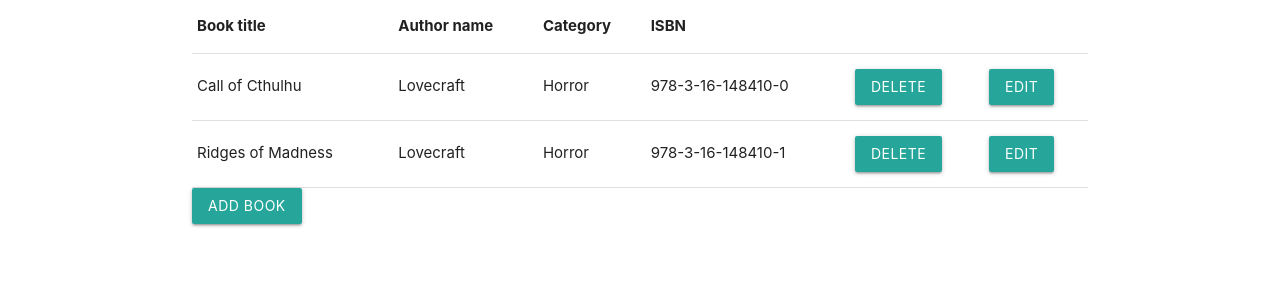
Repository: AlexanderBil/bookShalf
Page: /
These files come from the project's save history. The page is drawn as it stood at one moment and after a run of saves; the edit follows.
The browser window is 1280 px wide. The pictures show the whole page.
The project was rebuilt for these pictures with package versions that can differ from the ones it lists, and the page was loaded fresh each time. Also part of the build but not shown: src/components/AddBook.js, src/components/Edit.js, src/components/Modal.css.

Above is the page before, as saved 2021-06-27 20:21:09.

### public/index.html
<!DOCTYPE html>
<html lang="en">
  <head>
    <meta charset="utf-8" />
    <link rel="icon" href="%PUBLIC_URL%/favicon.ico" />
    <meta name="viewport" content="width=device-width, initial-scale=1" />
    <meta name="theme-color" content="#000000" />
    <meta
      name="description"
      content="Web site created using create-react-app"
    />
    <link rel="apple-touch-icon" href="%PUBLIC_URL%/logo192.png" />

    <link rel="manifest" href="%PUBLIC_URL%/manifest.json" />
    <link rel="stylesheet" href="https://cdnjs.cloudflare.com/ajax/libs/materialize/1.0.0/css/materialize.min.css">


    <title>React Book App</title>
  </head>
  <body>
    <noscript>You need to enable JavaScript to run this app.</noscript>
    <div id="root"></div>

  </body>
</html>

### src/index.css
body {
  margin: 0;
  font-family: -apple-system, BlinkMacSystemFont, 'Segoe UI', 'Roboto', 'Oxygen',
    'Ubuntu', 'Cantarell', 'Fira Sans', 'Droid Sans', 'Helvetica Neue',
    sans-serif;
  -webkit-font-smoothing: antialiased;
  -moz-osx-font-smoothing: grayscale;
}

/* .edit, .delete{
  margin: 15px 5px;
  display: table-cell;
  text-align: left;
  vertical-align: middle;
} */

### src/App.js
import {BrowserRouter as Router, Route, Switch, useHistory} from 'react-router-dom';
import {useState, useEffect} from 'react';

import {ListBook} from './components/ListBook';
import {AddBook} from './components/AddBook';
import {Edit} from './components/Edit'
import {Modal} from "./components/Modal"


function App() {
  const [books, setBooks] = useState([]);        // для компонента ListBook
  const [booksEdit, setBooksEdit] = useState({}) // для компонента Edit
  const [modal, setModal] = useState(false);

  const [dataform, setDataform] = useState({     // дял компонента AddBook
    name: '',
    author: '',
    category: '',
    isbn: '',
    id: 0,
  })

//заносим данні в books
useEffect(() => {
  fetch('./db.json')
  .then(data => data.json())
  .then(data => setBooks(data))
}, []);


// функція що заносить в стейт dataform, данні з форми компонента AddBook
const handleSubmit = (e) => {
  setDataform({...dataform, [e.target.name]: e.target.value})
}

// функція що заносить в стейт editForm, данні які ми міняєм в edit
const handleEdit = (e) => {
  setBooksEdit({...booksEdit, [e.target.name]: e.target.value})
}


// функція додавання книги для компонента AddBook
const addbook = () => {
  dataform.id = books.length+1;
  setBooks([...books, dataform])

  setModal(!modal)
}


// функція для створення редагування (по кліку на Edit заносим в стейт booksEdit книгу яка спывпадаэ з id кнопки)
  const editItem = (e) => {
   books.map(item => {
      if(item.id == e.target.id){
           setBooksEdit(item)
      }
    })
  }

// функція яка обнуляє стейт booksEdit при натисненні кнопки Back в компоненті Edit
  const deletetItem = () => {
    setBooksEdit({})
  }

// функція яка зберігає редаговані дані
const saveEditBook = () =>{
  let mas = []
  books.map (item => {
    if(item.id == booksEdit.id){
      mas.push(item = booksEdit)
    }
    if(item.id != booksEdit.id){
      mas.push(item)
    }
  })
  setBooks(mas)

  setModal(!modal)
}


  return (
    <>
    <Router>
      <main className = "container">
        <Switch>
          <Route exact path = '/' render = {() => <ListBook books = {books} editItem = {editItem} />}/>
          <Route  path = '/addbook' render = { () => <AddBook handleSubmit = {handleSubmit} addbook = {addbook} books = {books} /> }/>
          <Route  path = '/edit' render = {() => <Edit booksEdit = {booksEdit} deletetItem = {deletetItem} handleEdit = {handleEdit} saveEditBook ={saveEditBook} />}/>

        </Switch>
        <Modal modal={modal} />
      </main>
    </Router>

  </>
  );
}

export default App;

### src/components/ListBook.js
import {useState, useEffect} from 'react';
import {Link} from 'react-router-dom';

function ListBook(props){

  const {books, editItem} = props;
  const [booksList, setBooksList] = useState([]);

// кладем в стейт booksList, книги
  useEffect(() => {
    setBooksList(books)
  }, [books]);

   // функція видалення книги
  const removeItem = (e) => {
    setBooksList(booksList.filter(item => item.id != e.target.id))
  }


    return (
      <div className = 'dashboard'>

        <table className = "highlight">
            <thead className = "highlight">
              <tr>
                  <th>Book title</th>
                  <th>Author name</th>
                  <th>Category</th>
                  <th>ISBN</th>
              </tr>
            </thead>

              {booksList.map(item =>
                <tbody key = {item.id} className = "highlight">
                    <tr >
                      <td>{item.name}</td>
                      <td>{item.author}</td>
                      <td>{item.category}</td>
                      <td>{item.isbn}</td>
                      <td><button onClick = {removeItem} className = "btn delete" id = {item.id}>Delete</button></td>
                      <td><Link to = '/edit'><button onClick = {editItem}  className = "btn edit" id = {item.id}>Edit</button></Link></td>
                    </tr>
              </tbody>
              )}
        </table>
       <Link to = '/addbook'> <button className = "btn add">Add Book</button> </Link>
    </div>
    )
  }
  export {ListBook}

### src/components/Modal.js
import {useState, useEffect} from 'react';
import {Link} from 'react-router-dom';
import React from "react";
import './Modal.css';

function Modal (props) {
  const {modal} = props;
  const [close, setClose] = useState(true);

  useEffect(() => {
    setClose(modal)
  }, [modal])

  function closeModal(){
    setClose(!close)
  }
  return(
    close && (
    <div className = "myModal">
        <div className = "overlay"></div>
          <div className = "modal-content">
            <div className = "modal-content-center">
                <div className = "title">Change complited</div>
                <Link to = '/'> <button className = "btn close" onClick={closeModal}>Close</button> </Link>
            </div>
        </div>
    </div>
    )
  )
}

export {Modal}

### public/db.json
 [{
        "id": 1,
        "name": "Call of Cthulhu",
        "author": "Lovecraft",
        "category": "Horror",
        "isbn": "978-3-16-148410-0"
    }, {
        "id": 2,
        "name": "Ridges of Madness ",
        "author": "Lovecraft",
        "category": "Horror",
        "isbn": "978-3-16-148410-1"
    }
]

Loaded but not shown: src/index.js (common file)

After the next 4 saves:
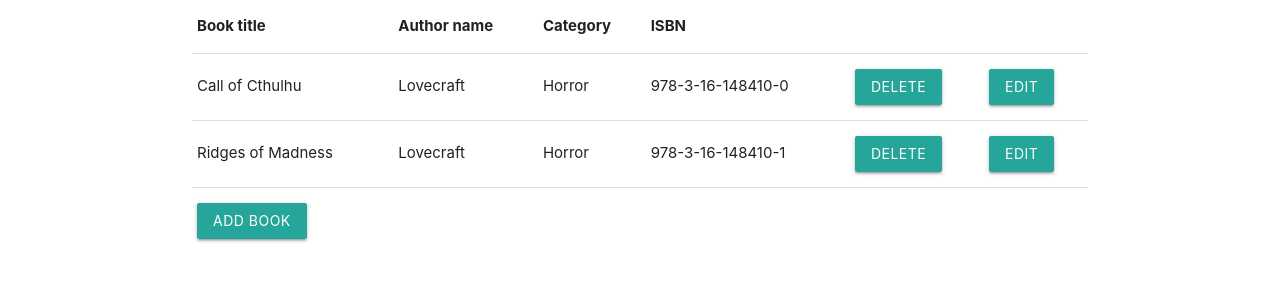
The 4 saves are shown as one change because they came seconds apart.
The last was saved 37 s later.
--- a/src/index.css
+++ b/src/index.css
@@ -7,9 +7,6 @@ body {
   -moz-osx-font-smoothing: grayscale;
 }
 
-/* .edit, .delete{
+.add{
   margin: 15px 5px;
-  display: table-cell;
-  text-align: left;
-  vertical-align: middle;
-} */
+}
